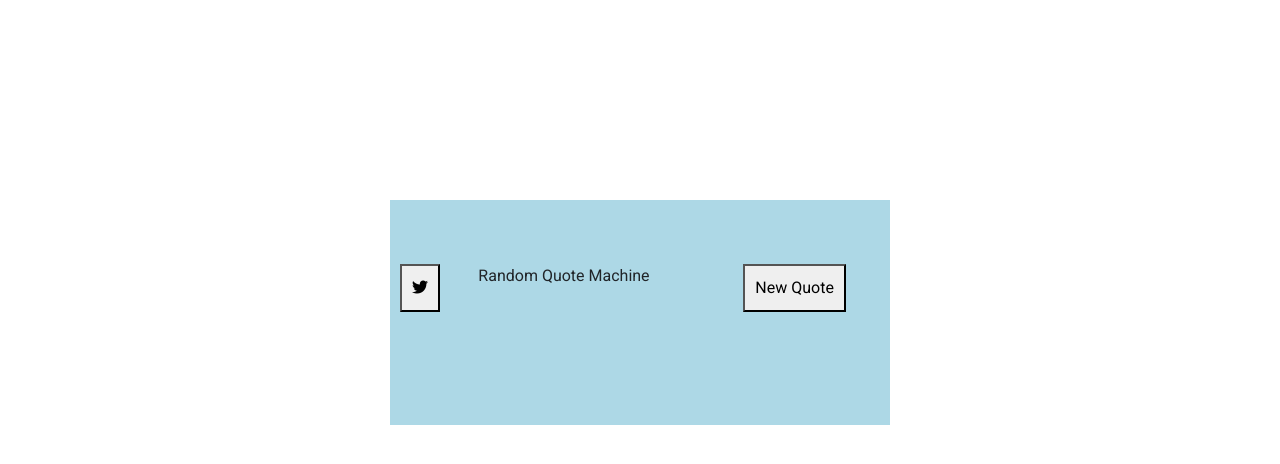
Repository: derektypist/random-quote-machine
Page: index.html
The author's editor kept a record of every edit. The page is drawn from the files as they stood at one moment, then again after the next edit.
The browser window is 1280 px wide. The pictures show the whole page.
Some web libraries are served in a nearby version.

Above is the page before.
Console error: SyntaxError: Unexpected token '}'

### index.html
<!DOCTYPE html>
<html lang="en">

<head>
    <meta charset="UTF-8">
    <meta name="viewport" content="width=device-width, initial-scale=1.0">
    <meta http-equiv="X-UA-Compatible" content="ie=edge">
    <title>Random Quote Machine</title>
    <!-- Load Style Sheets -->
    <link rel="stylesheet" href="https://maxcdn.bootstrapcdn.com/bootstrap/4.4.1/css/bootstrap.min.css" integrity="sha384-Vkoo8x4CGsO3+Hhxv8T/Q5PaXtkKtu6ug5TOeNV6gBiFeWPGFN9MuhOf23Q9Ifjh" crossorigin="anonymous">
    <link rel="stylesheet" href="https://use.fontawesome.com/releases/v5.8.1/css/all.css" integrity="sha384-50oBUHEmvpQ+1lW4y57PTFmhCaXp0ML5d60M1M7uH2+nqUivzIebhndOJK28anvf" crossorigin="anonymous">
    <link href="https://fonts.googleapis.com/css?family=Roboto&display=swap" rel="stylesheet">
    <style>
        /* Quote Box */

        #quote-box {
            font-family: "Roboto", Arial, Verdana, sans-serif;
            background-color: lightblue;
            display: block;
            position: relative;
            top: 200px;
            height: 225px;
            width: 500px;
            margin: auto;

        }

        #text {
            padding: 10px;
        }

        #author {
            text-align: right;
            padding: 10px;
        }

        #tweet-quote {
            padding: 10px;
        }

        #tweet-quote button {
            text-align: center;
            padding: 10px;

        }

        #tweet-quote:hover button {
            background-color: orange;
        }

        #new-quote {
            padding: 10px;
        }
    </style>

    <!-- Load Scripts -->
    <script src="https://ajax.googleapis.com/ajax/libs/jquery/3.4.1/jquery.min.js"></script>
<script>

function displayNewQuote() {
            // Set Up Random Index

            let randomIndex = Math.floor(Math.random() * 13);

            // Set Up Constants noting use of Literals

            const possibleText = ["\"Hope smiles from the threshold of the year to come whispering.  It will be happier.\"",
                "\"O wind, if winter comes can spring be far behind?\"",
                "\"Spring is nature's way of saying 'Let's Party'.\"",
                "\"Sweet April showers do spring May Flowers.\"",
                "\"As full of spirit as the month of May, and as gorgeous as the sun in Midsummer.\"",
                "\"There are two seasons in Scotland: June and Winter.\"",
                "\"People don't notice whether it's winter or summer when they're happy.\"",
                "\"Summer Afternoon---summer afternoon; to me those have always been the first two beautiful words in the English Language.\"",
                "\"Autumn is a second spring when every leaf is a flower.\"",
                "\"In seed time learn, in harvest teach, in winter enjoy.\"",
                "\"Winter is the time for comfort, for good food and warmth, for the touch of a friendly hand and a talk beside the fire: it is time for home.\"",
                "\"Thank you for your kind words.\"",
                "\"It looks as though you had a great time Derek.\""
            ];
            const text = possibleText[randomIndex];
            const possibleAuthors = ["Alfred Lord Tennyson",
                "Percy Bysshe Shelley",
                "Robin Williams",
                "Thomas Tusser",
                "William Shakespeare",
                "Billy Connolly",
                "Anton Chekhov",
                "Henry James",
                "Albert Camus",
                "William Blake",
                "Edith Sitwell",
                "Daphne Pink",
                "Andrea Harrison"
            ];
            const author = possibleAuthors[randomIndex];

            // Display text and author in the Browser Window
            document.getElementById("text").innerHTML = text;
            document.getElementById("author").innerHTML = author;
        }
  $("#text").load("displayNewQuote()");
    $("author").load("displayNewQuote()");
});


</script>

</head>

<body>
    <!-- Set Up Quote Box -->
    <article id="quote-box">
        <h4 id="text"></h4>
        <p id="author"></p>

        <!-- Set Up Row -->
        <article class="row">
            <!-- Set Up Article for Tweet Quote Button -->
            <article class="col-sm-2">
                <a href="https://www.twitter.com/intent/tweet/#text" target="_blank" title="Tweet" id="tweet-quote"><button type="button"><i class="fab fa-twitter"></i></button></a>
            </article>

            <!-- Display Title (Random Quote Machine) -->
            <article class="col-sm-6">
                <p>Random Quote Machine</p>
            </article>

            <!-- Set Up Article for New Quote Button -->
            <article class="col-sm-4">
                <button onclick="displayNewQuote()" title="New Quote" id="new-quote">New Quote</button>
            </article>

        </article>



    </article>


    <!-- Set Up Script -->
    <script>
        // Define Function to Display New Quote

        function displayNewQuote() {
            // Set Up Random Index

            let randomIndex = Math.floor(Math.random() * 13);

            // Set Up Constants noting use of Literals

            const possibleText = ["\"Hope smiles from the threshold of the year to come whispering.  It will be happier.\"",
                "\"O wind, if winter comes can spring be far behind?\"",
                "\"Spring is nature's way of saying 'Let's Party'.\"",
                "\"Sweet April showers do spring May Flowers.\"",
                "\"As full of spirit as the month of May, and as gorgeous as the sun in Midsummer.\"",
                "\"There are two seasons in Scotland: June and Winter.\"",
                "\"People don't notice whether it's winter or summer when they're happy.\"",
                "\"Summer Afternoon---summer afternoon; to me those have always been the first two beautiful words in the English Language.\"",
                "\"Autumn is a second spring when every leaf is a flower.\"",
                "\"In seed time learn, in harvest teach, in winter enjoy.\"",
                "\"Winter is the time for comfort, for good food and warmth, for the touch of a friendly hand and a talk beside the fire: it is time for home.\"",
                "\"Thank you for your kind words.\"",
                "\"It looks as though you had a great time Derek.\""
            ];
            const text = possibleText[randomIndex];
            const possibleAuthors = ["Alfred Lord Tennyson",
                "Percy Bysshe Shelley",
                "Robin Williams",
                "Thomas Tusser",
                "William Shakespeare",
                "Billy Connolly",
                "Anton Chekhov",
                "Henry James",
                "Albert Camus",
                "William Blake",
                "Edith Sitwell",
                "Daphne Pink",
                "Andrea Harrison"
            ];
            const author = possibleAuthors[randomIndex];

            // Display text and author in the Browser Window
            document.getElementById("text").innerHTML = text;
            document.getElementById("author").innerHTML = author;
        }
    </script>
</body>

</html>

After the next edit:
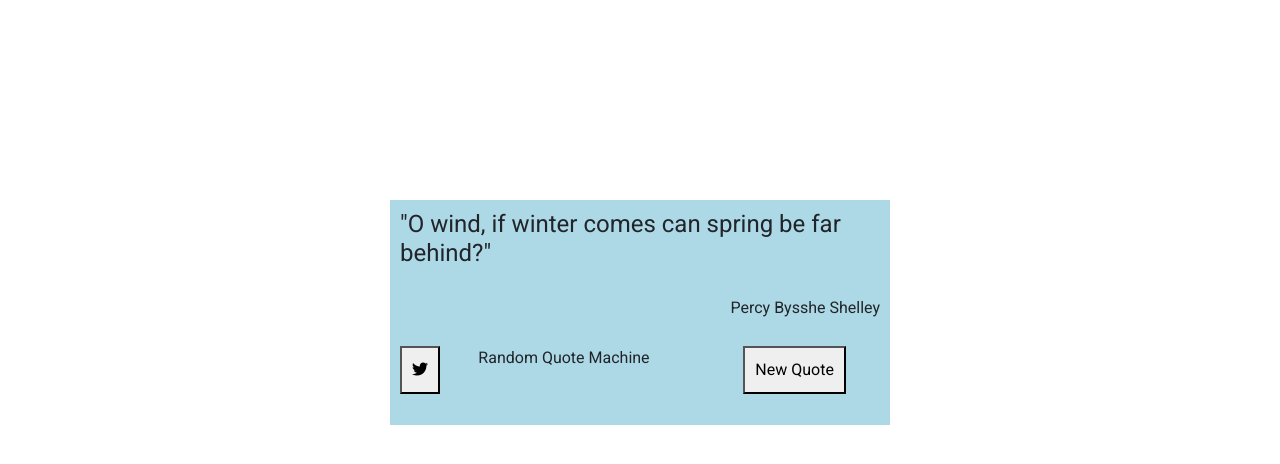
The error is gone.
The edit:
--- a/index.html
+++ b/index.html
@@ -55,9 +55,8 @@
 
     <!-- Load Scripts -->
     <script src="https://ajax.googleapis.com/ajax/libs/jquery/3.4.1/jquery.min.js"></script>
-<script>
-
-function displayNewQuote() {
+    <script>
+        function displayNewQuote() {
             // Set Up Random Index
 
             let randomIndex = Math.floor(Math.random() * 13);
@@ -99,12 +98,9 @@
             document.getElementById("text").innerHTML = text;
             document.getElementById("author").innerHTML = author;
         }
-  $("#text").load("displayNewQuote()");
-    $("author").load("displayNewQuote()");
-});
 
-
-</script>
+        $(document).ready(displayNewQuote);
+    </script>
 
 </head>
 
